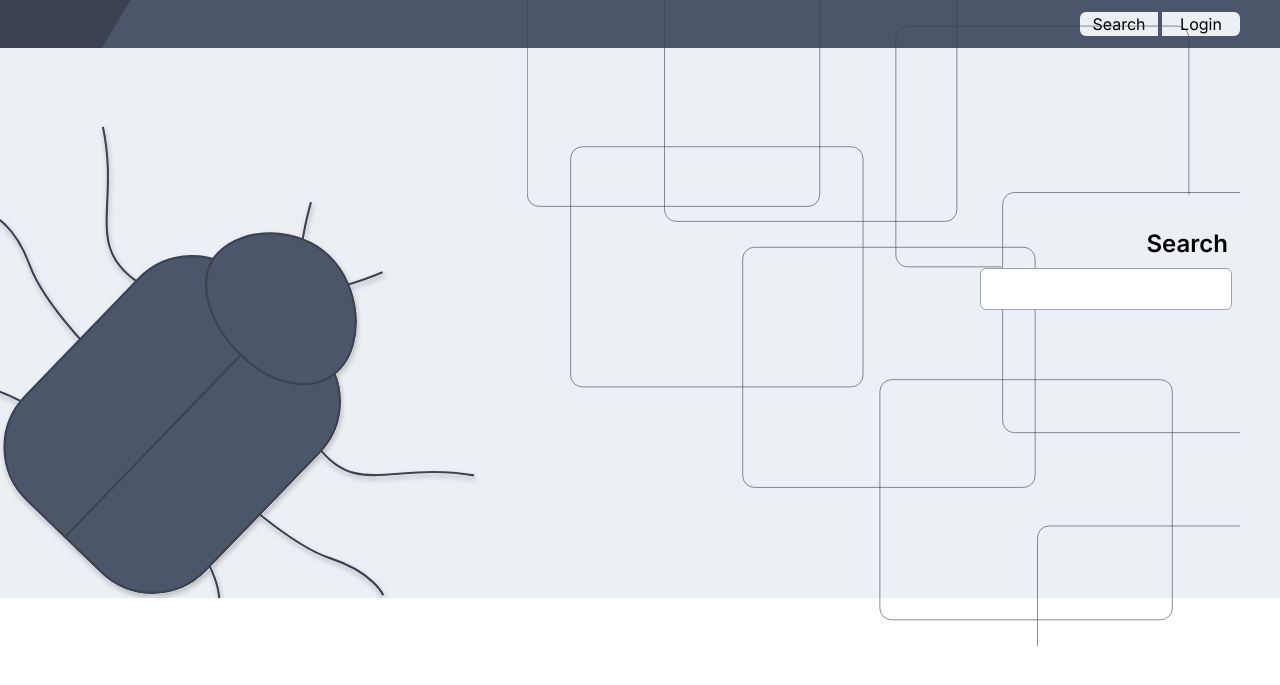
Repository: Qu4ntumGuy/project-bug
Page: /
These files come from the project's save history. The page is drawn as it stood at one moment and after the next save; the edit follows.
The browser window is 1280 px wide. The pictures show the whole page.
The project was rebuilt for these pictures with package versions that can differ from the ones it lists, and the page was loaded fresh each time. The framework's server and built-in components were replaced by stand-ins that run in the browser. Also part of the build but not shown: next.config.mjs.

Above is the page before, as saved 2024-02-12 00:07:29.

### src/app/layout.js
import { Inter } from "next/font/google";
import "./globals.css";

const inter = Inter({ subsets: ["latin"] });

export default function RootLayout({ children }) {
  return (
    <html lang="en">
      <head>
        <title>Project-bug</title>
        <meta name="description" content="Description goes here." />
        <link rel="preconnect" href="https://fonts.googleapis.com" />
        <link rel="preconnect" href="https://fonts.gstatic.com" crossorigin />
        <link
          href="https://fonts.googleapis.com/css2?family=Fira+Code:wght@300;400;500;600&display=swap"
          rel="stylesheet"
        />
      </head>
      <body className={inter.className}>{children}</body>
    </html>
  );
}

### src/app/page.js
import Navbar from "@/components/Navbar";
import Image from "next/image";
import bug from "../../public/Bug.svg";
import bgdesign from "../../public/bgDesign.svg";
import bgmain from "../../public/bg-main.svg";

export default function Home() {
  const bgimg = "/Bug.svg";
  return (
    <div className="bg-[#ECEFF4] overflow-hidden ">
      <Navbar />
      <div className="flex justify-between">
        {/* <Image className="" src={bug} alt="bug" />
        <Image className=" top-1 w-[100%]" src={bgdesign} alt="bgdesign" /> */}
        <div className="w-full">
          <Image className="" height={550} src={bug} alt="bug" />
        </div>
        <div className="w-full">
          <Image
            className="absolute -top-1 right-10"
            height={650}
            src={bgdesign}
            alt="bgdesign"
          />
        </div>
        <div className="absolute right-0 top-[30%]">
          <form className="flex flex-col justify-end items-end m-3 mr-10">
            <label className="mr-3 text-2xl font-semibold " htmlFor="search">
              Search
            </label>
            <input
              className="p-2 m-2 border border-gray-400 rounded-md"
              type="text"
            />
          </form>
        </div>
      </div>
    </div>
  );
}

### src/app/globals.css
@tailwind base;
@tailwind components;
@tailwind utilities;

/* :root {
  --foreground-rgb: 0, 0, 0;
  --background-start-rgb: 214, 219, 220;
  --background-end-rgb: 255, 255, 255;
} */

/* @media (prefers-color-scheme: dark) {
  :root {
    --foreground-rgb: 255, 255, 255;
    --background-start-rgb: 0, 0, 0;
    --background-end-rgb: 0, 0, 0;
  }
} */

body {
  color: rgb(var(--foreground-rgb));
  background: rgba(255, 255, 255, 1);
  font-family: 'Fira Code', monospace;
}

@font-face {
  font-family: "Fira Code";
  src: url("../../public/font/FiraCode-VariableFont_wght.ttf")
    format("truetype");
}


/* @layer utilities {
  .text-balance {
    text-wrap: balance;
  }
} */

### src/components/Navbar.js
import Image from "next/image";
import reactangle from "../../public/Rectangle 5.svg";

export default function Navbar() {
  return (
    <nav className="h-[10%] w-full bg-[#4C566A] flex justify-end">
      <div className="absolute flex -left-1 -top-1">
        <Image
          src={reactangle}
          alt="reactangle"
          height={52}
          className=" rounded-md"
        />
      </div>
      <div className="flex m-3 w-40 mr-10 justify-between">
        <div className="flex bg-[#ECEFF4] w-full mr-1 rounded-l-md items-center justify-center align-middle">
          <button>Search</button>
        </div>
        <div className="flex bg-[#ECEFF4] w-full rounded-r-md items-center justify-center align-middle">
          <button>Login</button>
        </div>
      </div>
    </nav>
  );
}

Loaded but not shown: tailwind.config.js (common file)

After the next save:
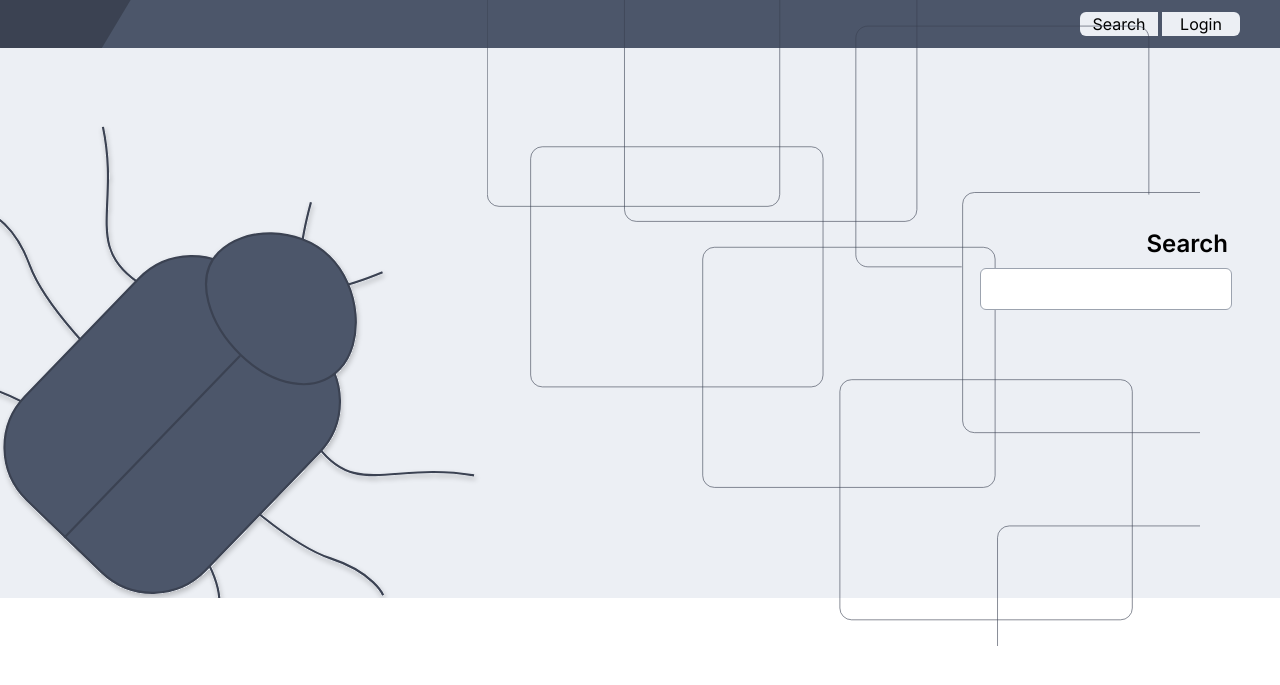
Saved 5 s later.
--- a/src/app/page.js
+++ b/src/app/page.js
@@ -17,7 +17,7 @@ export default function Home() {
         </div>
         <div className="w-full">
           <Image
-            className="absolute -top-1 right-10"
+            className="absolute -top-1 right-20"
             height={650}
             src={bgdesign}
             alt="bgdesign"
